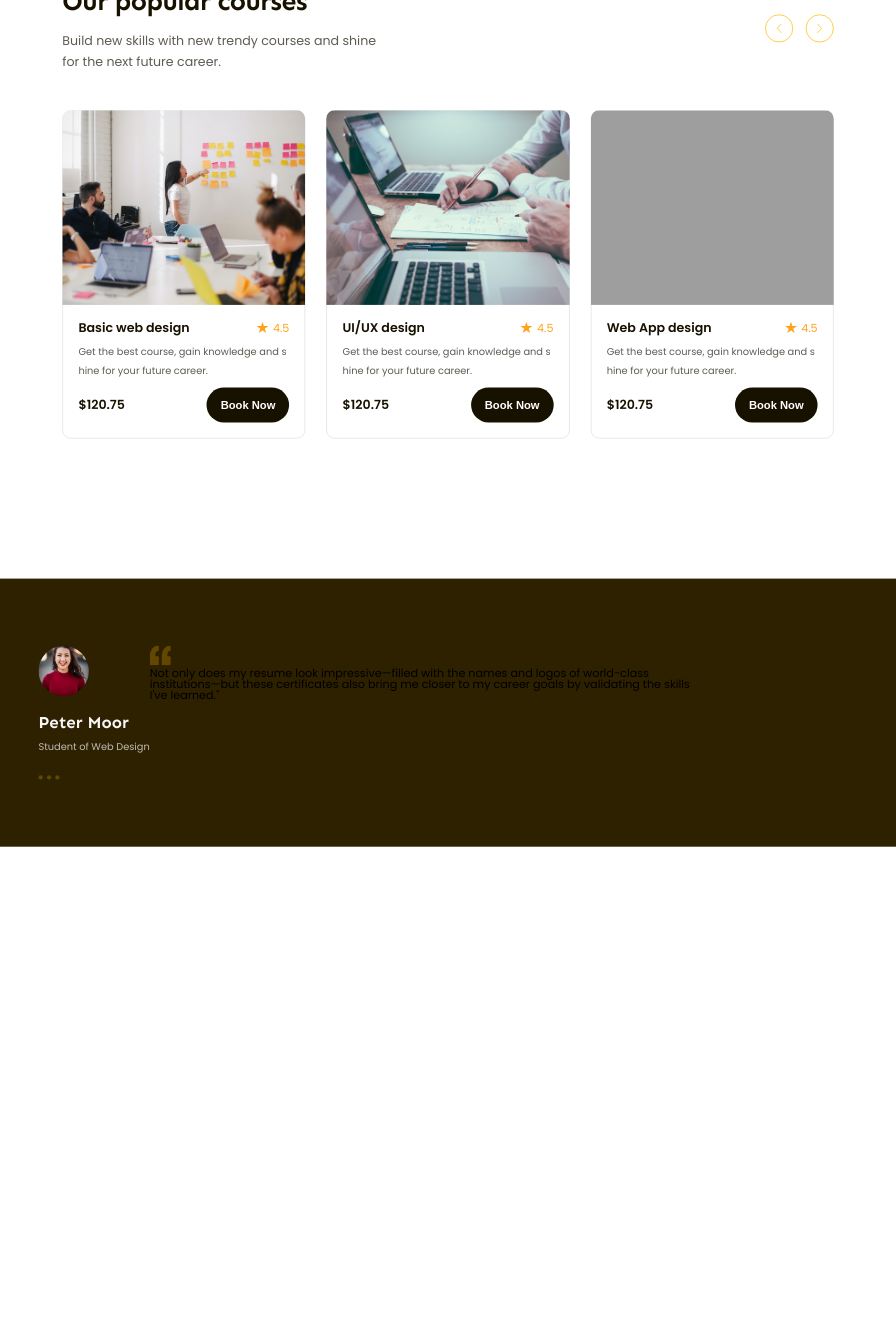
Repository: anhtien111198/f8-htmlcss-02
Page: index.html
The author's editor kept a copy of each file at every save. The page is drawn from the files as they stood at one save, then again after the next save.
The browser window is 1280 px wide. The pictures show the part of the page from y = 1121 to 3041 px (the page is 5000 px tall), at 70% of full size.
Pictures or frames that could not be fetched are drawn as grey boxes. A picture or video elsewhere on the page could not be fetched, so the positions and the page height are approximate.

Above is the page before, as saved 2023-05-09 13:07:55.

After the next save:
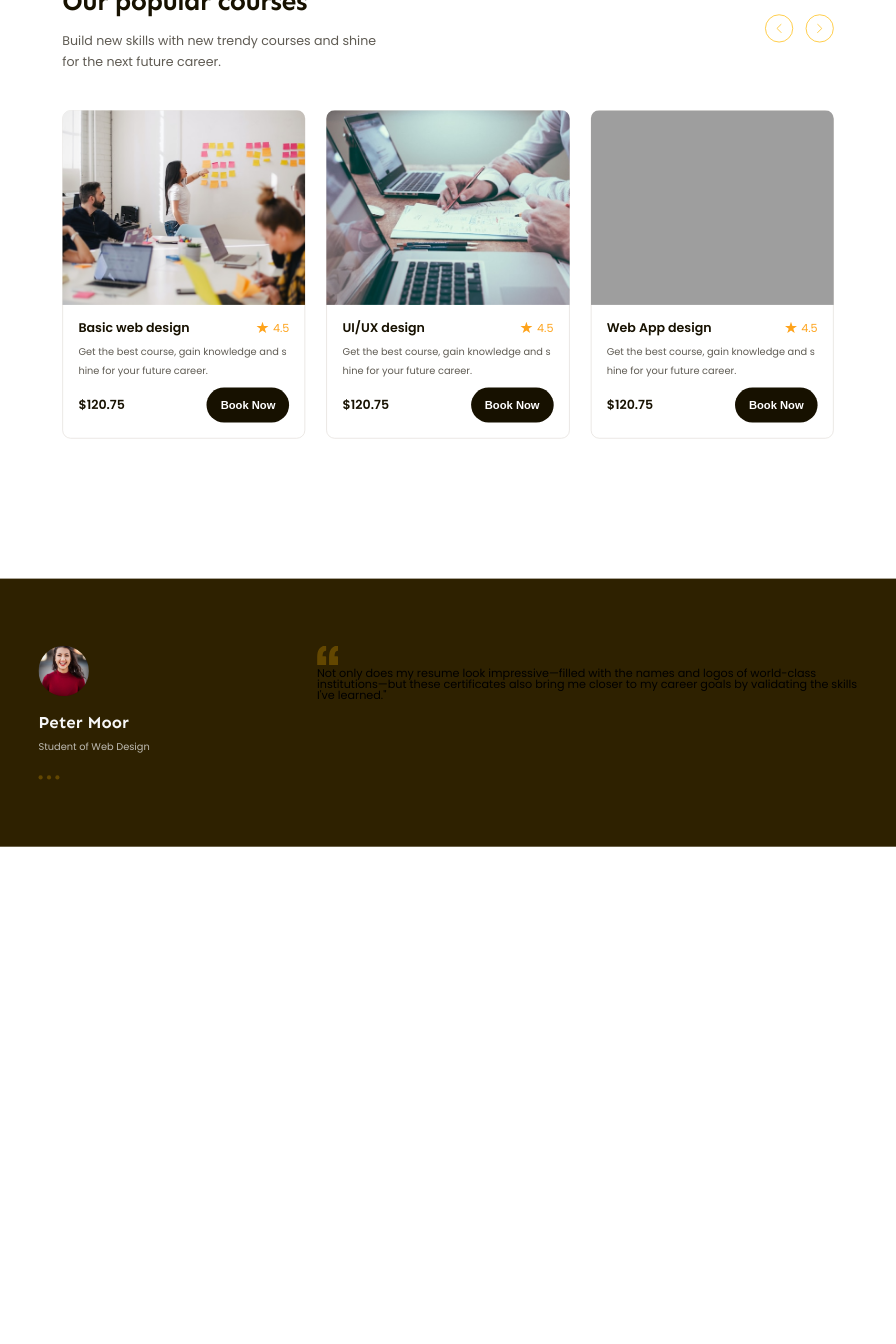
Saved 18 s later.
--- a/assets/css/style.css
+++ b/assets/css/style.css
@@ -398,4 +398,5 @@ a {
 }
 .feedback-item .content {
     width: 66%;
-}
+    margin-left: auto;
+}
